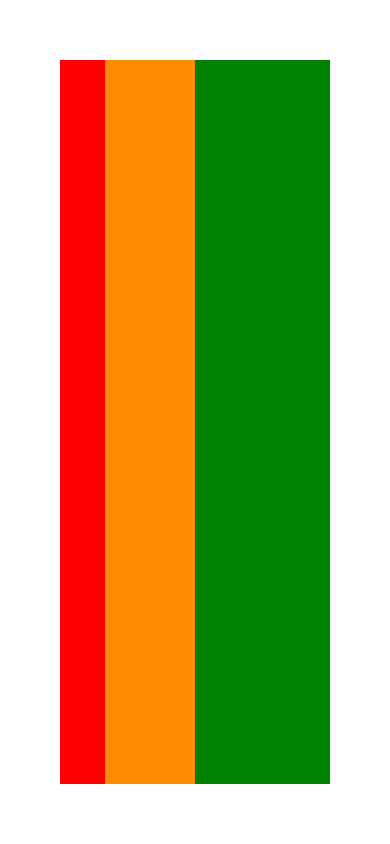
Repository: Waikato153/AwesomeProject
Screen: /
An editor plug-in stored every save of this project. The screen is shown before and after the next save, followed by the edit.
The app was drawn by React Native's web renderer in a window 390 px wide. The project was rebuilt for these pictures with package versions that can differ from the ones it lists, and the page was loaded fresh each time.

Above is the screen before, as saved 2024-02-27 09:39:22.

### App.js
import React from 'react';
import {StyleSheet, View} from 'react-native';

const Flex = () => {
  return (
    <View
      style={[
        styles.container,
        {
          // Try setting `flexDirection` to `"row"`.
          flexDirection: 'row',
        },
      ]}>
      <View style={{flex: 1, backgroundColor: 'red'}} />
      <View style={{flex: 2, backgroundColor: 'darkorange'}} />
      <View style={{flex: 3, backgroundColor: 'green'}} />
    </View>
  );
};

const styles = StyleSheet.create({
  container: {
    flex: 1,
    padding: 60,
  },
});

export default Flex;

After the next save:
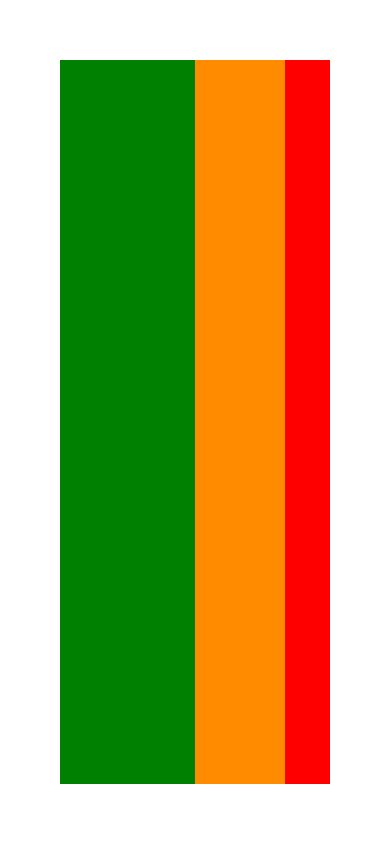
Saved 7 s later.
--- a/App.js
+++ b/App.js
@@ -8,7 +8,7 @@
         styles.container,
         {
           // Try setting `flexDirection` to `"row"`.
-          flexDirection: 'row',
+          flexDirection: 'row-reverse',
         },
       ]}>
       <View style={{flex: 1, backgroundColor: 'red'}} />

After the 3 saves that followed:
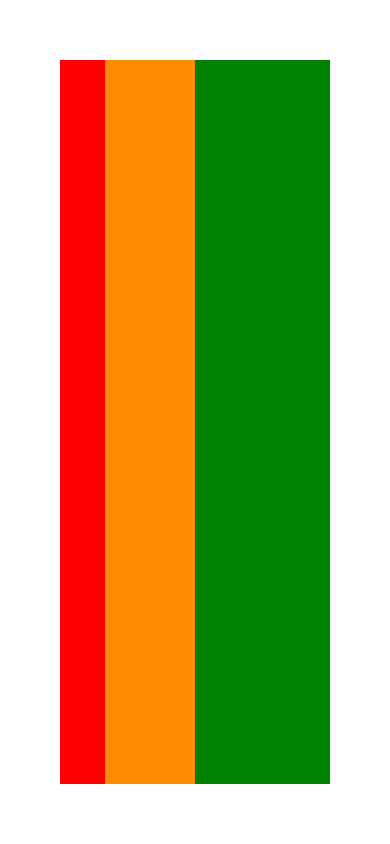
The 3 saves are shown as one change because they came seconds apart.
The last was saved 10 s later.
--- a/App.js
+++ b/App.js
@@ -8,7 +8,7 @@
         styles.container,
         {
           // Try setting `flexDirection` to `"row"`.
-          flexDirection: 'row-reverse',
+          flexDirection: 'row',
         },
       ]}>
       <View style={{flex: 1, backgroundColor: 'red'}} />
